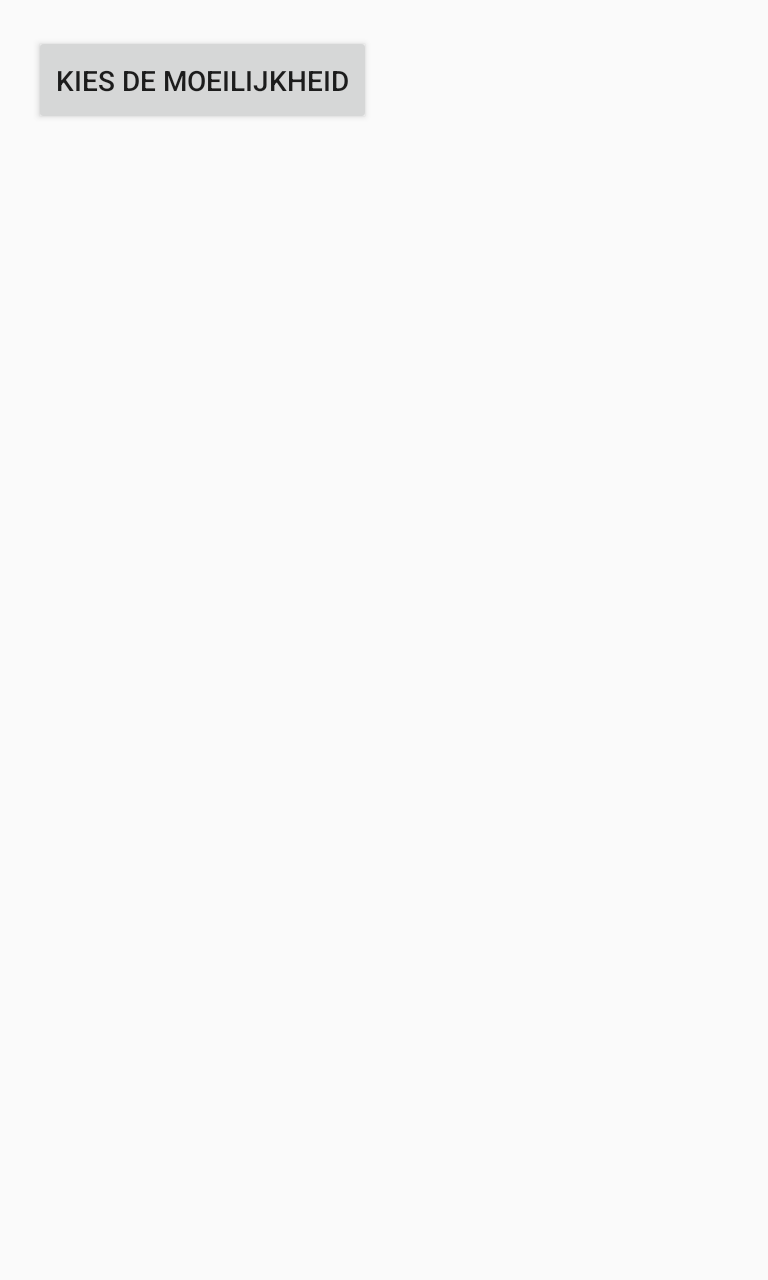
Repository: eddywallyfan/nPuzzle10812806
Layout: nPuzzle10812806/res/layout/activity_image_selection.xml
The author's editor kept a copy of each file at every save. The layout is drawn from the files as they stood at one save, then again after the next save.
It is drawn on a 768 x 1280 px phone screen (xhdpi) without system bars, with theme AppTheme; the app's code is not run.

Above is the layout before, as saved 2014-11-20 08:14:46.

After the next save:
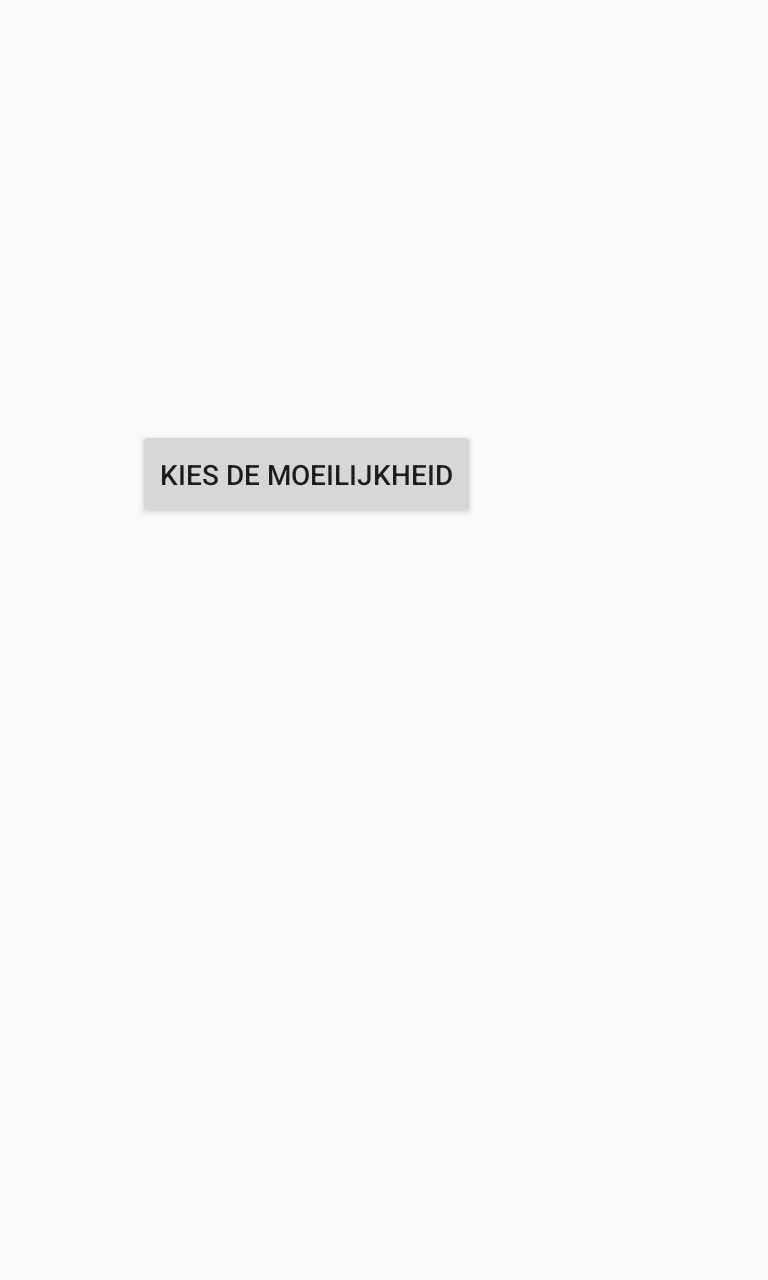
Saved 86 s later.
--- a/nPuzzle10812806/res/layout/activity_image_selection.xml
+++ b/nPuzzle10812806/res/layout/activity_image_selection.xml
@@ -9,9 +9,13 @@
     tools:context="nl.mprog.projects.nPuzzle10812806.ImageSelection" >
 
     <Button
-		android:layout_width="wrap_content"
-		android:layout_height="wrap_content"
-		android:onClick="difficulty"
-		android:text="@string/difficulty" />
+        android:layout_width="wrap_content"
+        android:layout_height="wrap_content"
+        android:layout_alignParentLeft="true"
+        android:layout_alignParentTop="true"
+        android:layout_marginLeft="52dp"
+        android:layout_marginTop="197dp"
+        android:onClick="difficulty"
+        android:text="@string/difficulty" />
 
 </RelativeLayout>
